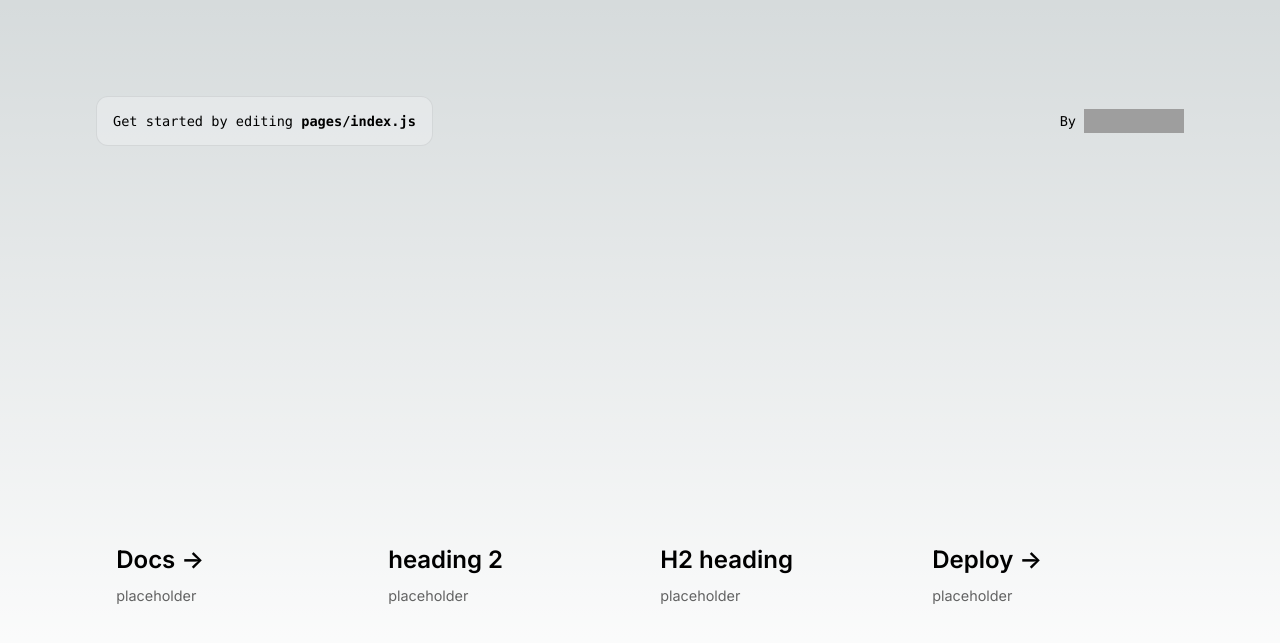
Repository: ajenstory/jencorbett.dev
Page: / (app in app/)
An editor plug-in stored every save of this project. The page is shown before and after the next save, followed by the edit.
The browser window is 1280 px wide. The pictures show the whole page.
Pictures or frames that could not be fetched are drawn as grey boxes. The project was rebuilt for these pictures with package versions that can differ from the ones it lists, and the page was loaded fresh each time. The framework's server and built-in components were replaced by stand-ins that run in the browser. Also part of the build but not shown: app/next.config.js.

Above is the page before, as saved 2023-03-18 17:55:58.

After the next save:
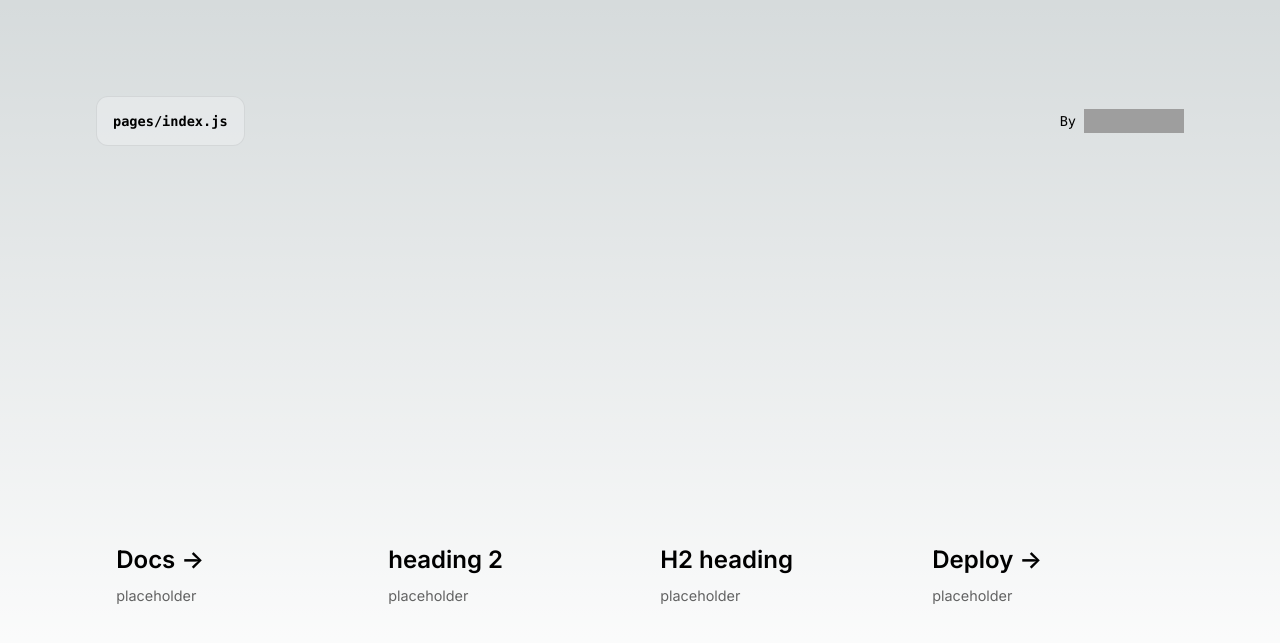
Saved 6 s later.
--- a/app/pages/index.js
+++ b/app/pages/index.js
@@ -17,7 +17,7 @@ export default function Home() {
       <main className={styles.main}>
         <div className={styles.description}>
           <p>
-            Get started by editing&nbsp;
+
             <code className={styles.code}>pages/index.js</code>
           </p>
           <div>
